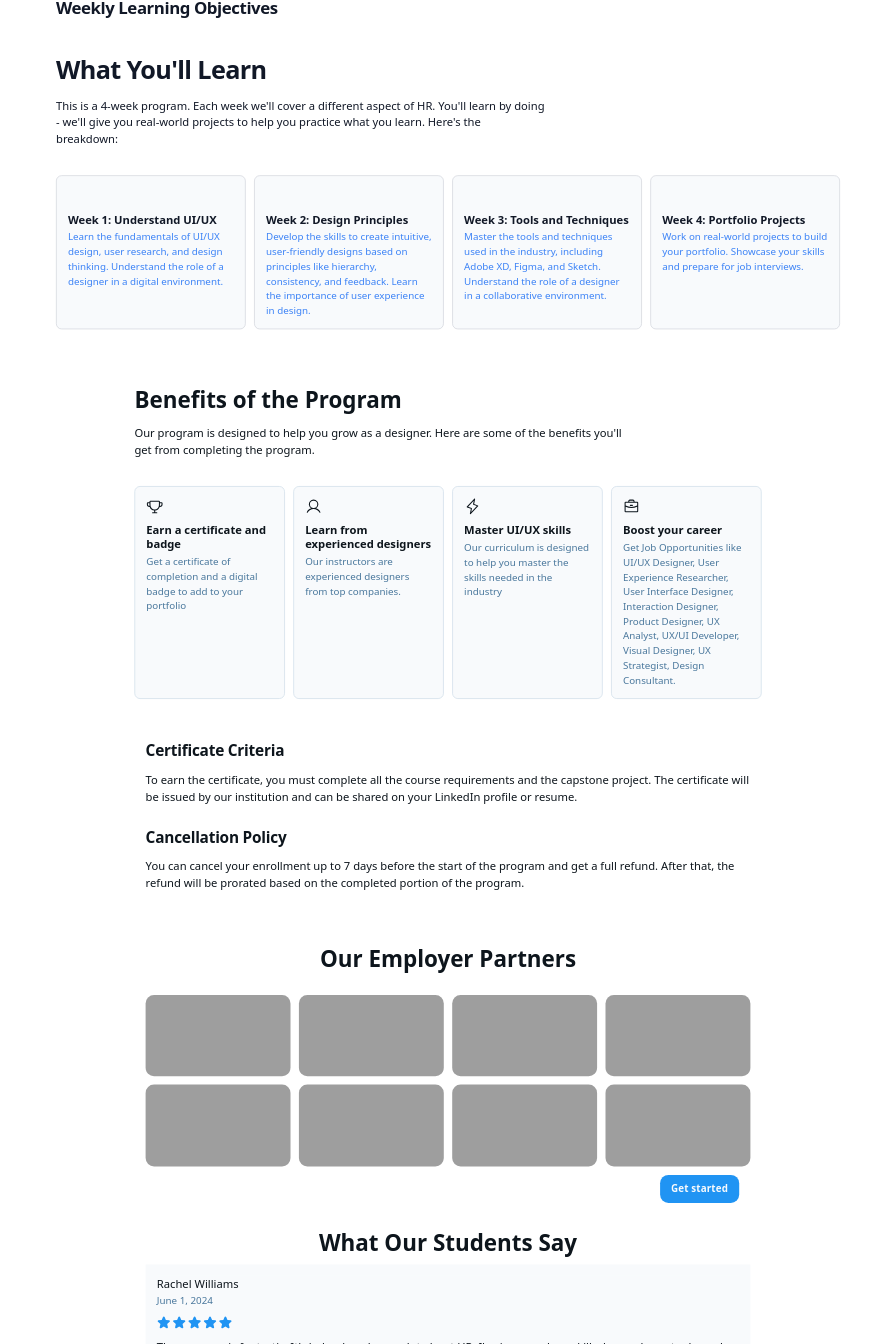
Repository: DhOMNE/HR
Page: /
The author's editor kept a copy of each file at every save. The page is drawn from the files as they stood at one save, then again after a run of saves.
The browser window is 1280 px wide. The pictures show the part of the page from y = 649 to 2569 px (the page is 4392 px tall before and 4217 px after), at 70% of full size.
Pictures or frames that could not be fetched are drawn as grey boxes. The project was rebuilt for these pictures with package versions that can differ from the ones it lists, and the page was loaded fresh each time.

Above is the page before, as saved 2024-08-26 11:01:32.

After the next 3 saves:
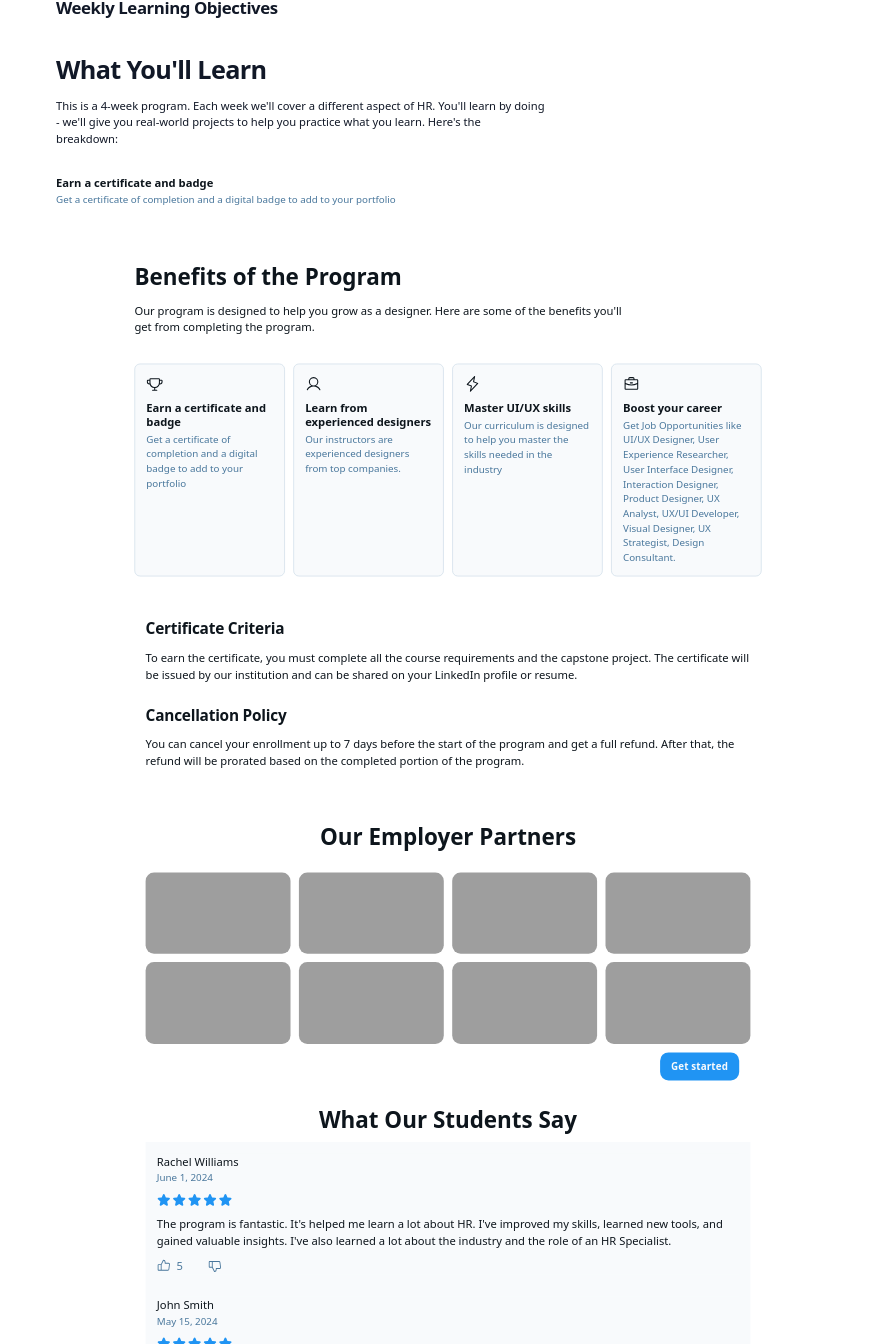
The 3 saves are shown as one change because they came seconds apart.
The last was saved 112 s later.
--- a/src/Componenets/Hero.jsx
+++ b/src/Componenets/Hero.jsx
@@ -39,7 +39,7 @@ const Hero = () => {
               </p>
             </div>
 
-            <div className="grid grid-cols-[repeat(auto-fit,minmax(158px,1fr))] gap-3">
+            {/* <div className="grid grid-cols-[repeat(auto-fit,minmax(158px,1fr))] gap-3">
               {[
                 {
                   title: "Week 1: Understand UI/UX",
@@ -76,7 +76,11 @@ const Hero = () => {
                   </div>
                 </div>
               ))}
-            </div>
+            </div> */}
+            <div className="flex flex-col gap-1">
+                    <h2 className="text-[#0d151c] text-base font-bold leading-tight">Earn a certificate and badge</h2>
+                    <p className="text-[#49779c] text-sm font-normal leading-normal">Get a certificate of completion and a digital badge to add to your portfolio</p>
+                  </div>
           </div>
         </div>
       </div>
